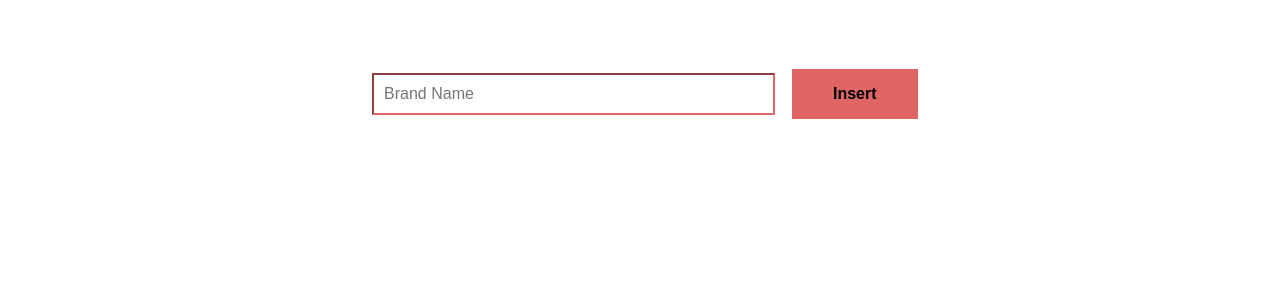
Repository: developerks611/Bumble-bee
Page: http://localhost/Bumble/add-brand.jsp
An editor plug-in stored every save of this project. The page is shown before and after the next save, followed by the edit.
The browser window is 1280 px wide. The pictures show the whole page.
The page is served by Tomcat 9.

Above is the page before, as saved 2023-02-28 05:45:37.

After the next save:
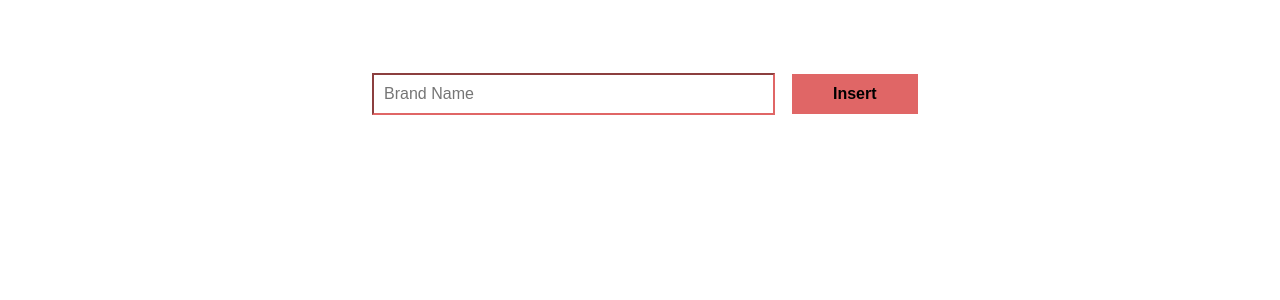
Saved 9 s later.
--- a/Bumble/src/main/webapp/add-brand.jsp
+++ b/Bumble/src/main/webapp/add-brand.jsp
@@ -22,7 +22,7 @@
 	outline: none;
     border: none;
     width:10%;
-    height:50px;;
+    height:40px;;
     font-size:100%;
     padding:5px;
     font-weight:bold;
